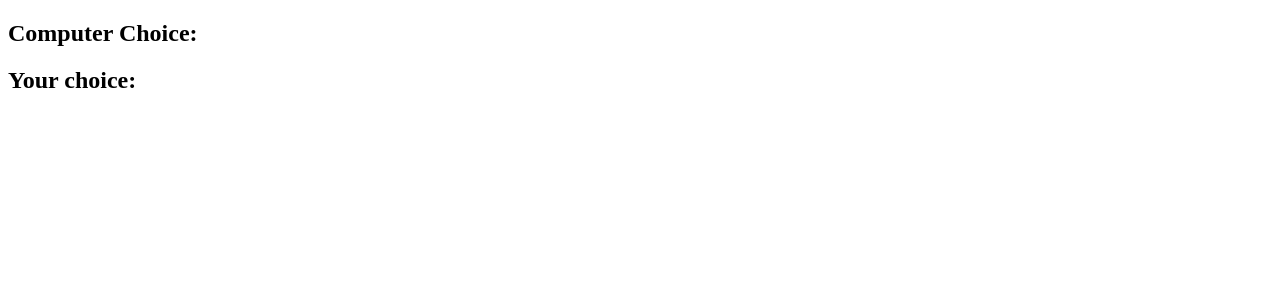
Repository: biggie-pti/java-script-simple-game
Page: index.html
An editor plug-in stored every save of this project. The page is shown before and after a run of saves, followed by the edit.
The browser window is 1280 px wide. The pictures show the whole page.

Above is the page before, as saved 2022-02-28 18:54:52.

### index.html
<!DOCTYPE html>
<html lang="en">
<head>
    <meta charset="UTF-8">
    <meta http-equiv="X-UA-Compatible" content="IE=edge">
    <meta name="viewport" content="width=device-width, initial-scale=1.0">
    <title>Rock Paper Scissors Tutorial</title>
</head>
<body>
    <h2>Computer Choice: <span id="computer-choice"></span></h2>
    <h2>Your choice: <span id="user-choice"></span></h2>
    <h2></h2>

    <script src="app.js" charset="utf-8"></script>
</body>
</html>

Loaded but not shown: app.js (no copy from this time; the picture is the same without it)

After the next 4 saves:
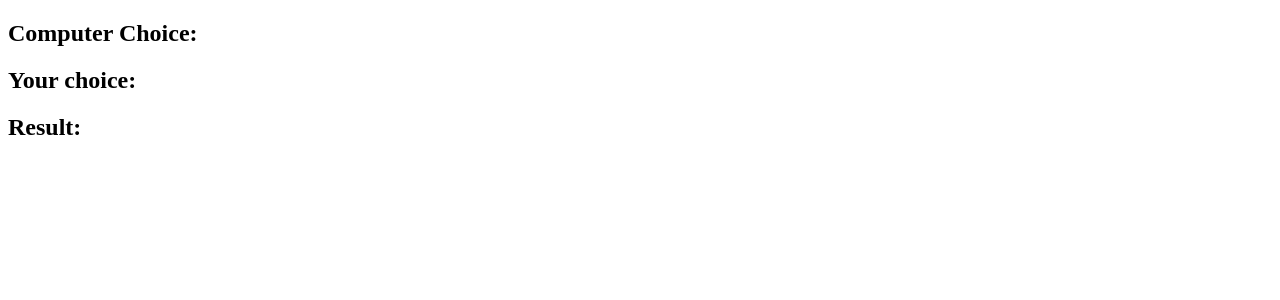
The 4 saves are shown as one change because they came seconds apart.
The last was saved 12 s later.
--- a/index.html
+++ b/index.html
@@ -9,7 +9,7 @@
 <body>
     <h2>Computer Choice: <span id="computer-choice"></span></h2>
     <h2>Your choice: <span id="user-choice"></span></h2>
-    <h2></h2>
+    <h2> Result: </h2>
 
     <script src="app.js" charset="utf-8"></script>
 </body>
